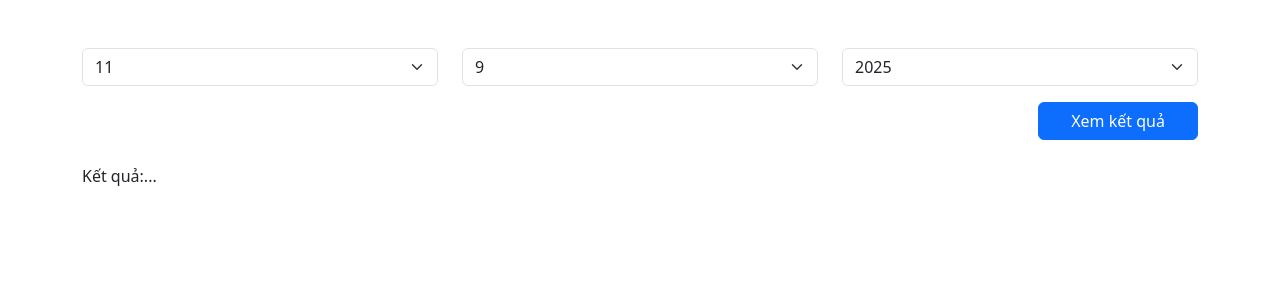
Repository: hoangngocnguyen/JavaNangCao
Page: http://localhost/Test/ngaythang.jsp
These files come from the project's save history. The page is drawn as it stood at one moment and after the next save; the edit follows.
The browser window is 1280 px wide. The pictures show the whole page.
After loading, the first visible `button.btn` was clicked once.
The page is served by Tomcat 10.

Above is the page before, as saved 2025-09-12 15:28:23.
Console error: SyntaxError: Unexpected identifier 'year'

After the next save:
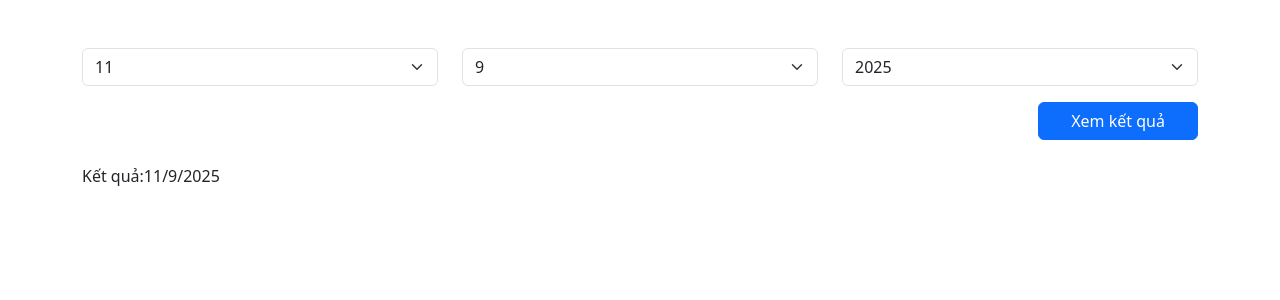
The error is gone.
Saved 11 s later.
--- a/Test/src/main/webapp/ngaythang.jsp
+++ b/Test/src/main/webapp/ngaythang.jsp
@@ -86,7 +86,7 @@
         const year = document.getElementById("YearSelect").value;
 
         const result = document.getElementById("result");
-        result.innerText = day + "/" + month + "/" year
+        result.innerText = day + "/" + month + "/" + year
     }
 </script>
 
